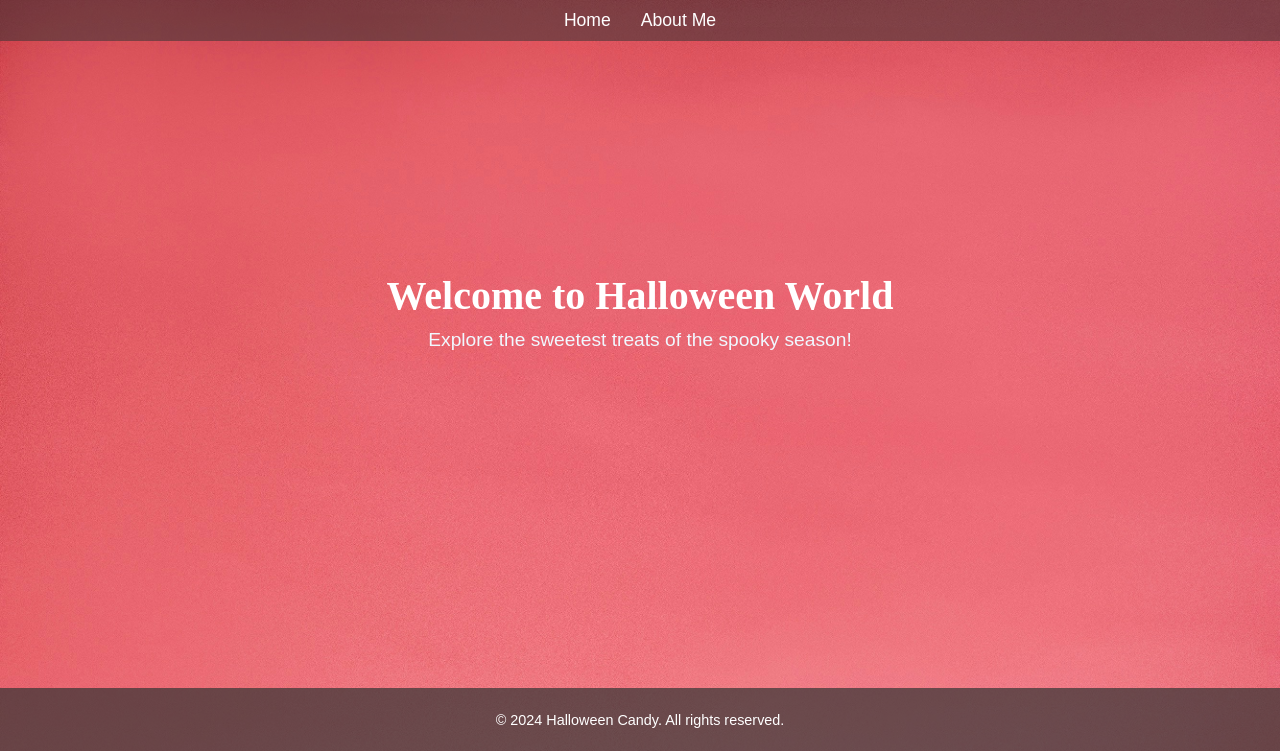
Repository: monicaifijeh/test2
Page: kyportfolio/src/indexHallo.html
The author's editor kept a copy of each file at every save. The page is drawn from the files as they stood at one save, then again after a run of saves.
The browser window is 1280 px wide. The pictures show the whole page.

Above is the page before, as saved 2024-12-21 20:27:22.

### kyportfolio/src/indexHallo.html
<!DOCTYPE html>
<html lang="en">
  <head>
    <meta charset="UTF-8" />
    <meta name="viewport" content="width=device-width, initial-scale=1.0" />
    <title>Halloween Candy</title>
    <link rel="stylesheet" href="kystyle.css" />
  </head>
  <body>
    <nav>
      <ul>
        <li><a href="indexHallo.html">Home</a></li>
        <li><a href="aboutHallo.html">About Me</a></li>
      </ul>
    </nav>
    <header>
      <h1>Welcome to Halloween World</h1>
      <p>Explore the sweetest treats of the spooky season!</p>
    </header>
    <!--
    <main>
      <section class="intro">
        <h2>Our Top Candies</h2>
        <p>
          Discover a wide range of Halloween candies from chocolates to gummies.
        </p>
      </section>
      <section class="intro">
        <h2>Spooky Specials</h2>
        <p>
          Limited-edition treats that will make your Halloween unforgettable!
        </p>
      </section>
    </main>
    -->
    <footer>
      <p>&copy; 2024 Halloween Candy. All rights reserved.</p>
    </footer>
  </body>
</html>

### kyportfolio/src/kystyle.css
body {
    font-family: Arial, sans-serif;
    margin: 0;
    padding: 0;
background-image: url("kyportfolio/LotusImages/liliana-olivares-g56O5L0ZVmg-unsplash.jpg");
background-repeat: no-repeat;
background-size: cover;
}

header {
    text-align: center;
    padding: 20px;

}

header h1 {
    margin: 0;
    font-size: 2.5rem;
   color: #fff;
   font-family: fantasy;
   margin-top: 17%;
}
.intro{
    color: aliceblue;
    text-align: center;
}

header p {
    color: aliceblue;
    margin: 10px 0;
    font-size: 1.2rem;
}

nav ul {
    display: flex;
    justify-content: center;
    list-style: none;
    padding: 10px;
    background-color: #3333338a;
    margin: 0;
    position: sticky;
}

nav ul li {
    margin: 0 15px;
}

nav ul li a {
    text-decoration: none;
    color: #fff;
    font-size: 1.1rem;
}

nav ul li a:hover {
    text-decoration: underline;
}

main {
    padding: 20px;
    box-sizing: border-box;
    display: block;

}

section {
    margin-bottom: 20px;
}

footer {
    margin-top: 24%;
    text-align: center;
    padding: 10px;
    background-color: #333333b4;
    color: #fff;
    font-size: 0.9rem;
    position: sticky;

}

After the next 2 saves:
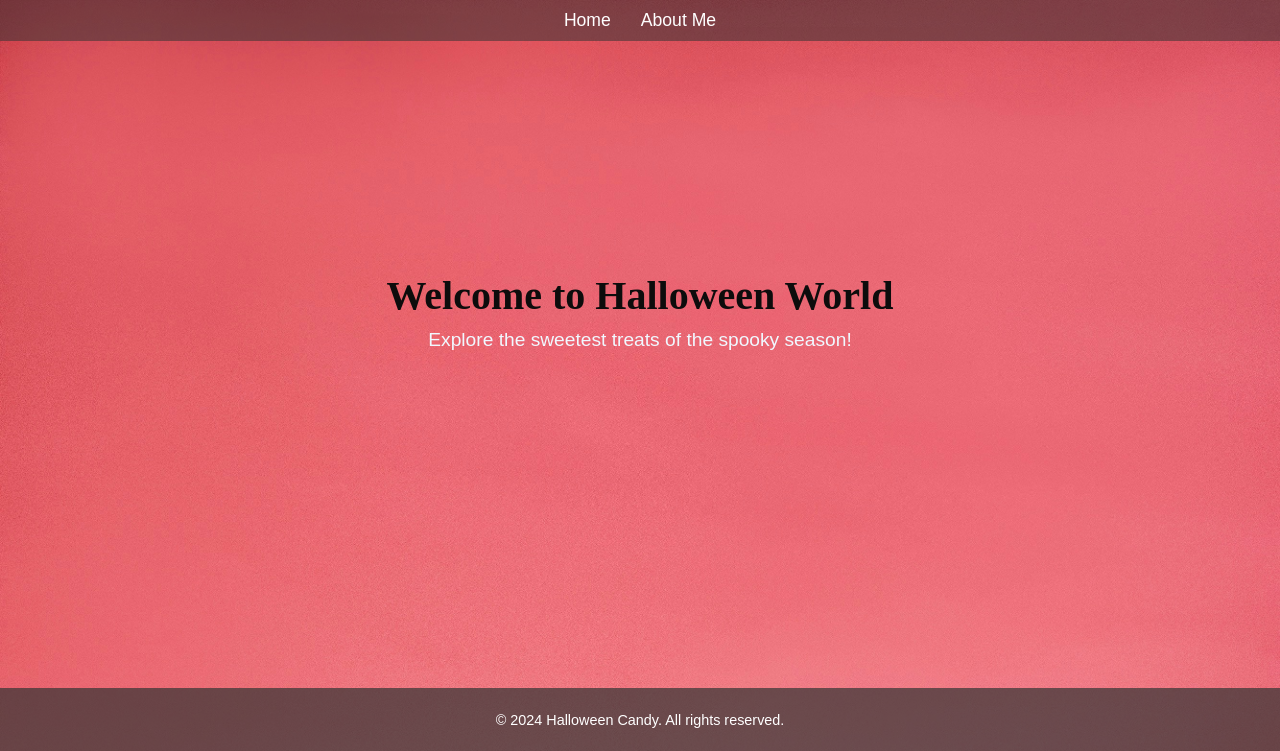
The 2 saves are shown as one change because they came seconds apart.
The last was saved 92 s later.
--- a/kyportfolio/src/kystyle.css
+++ b/kyportfolio/src/kystyle.css
@@ -16,7 +16,7 @@ header {
 header h1 {
     margin: 0;
     font-size: 2.5rem;
-   color: #fff;
+   color: #0d0c0c;
    font-family: fantasy;
    margin-top: 17%;
 }
